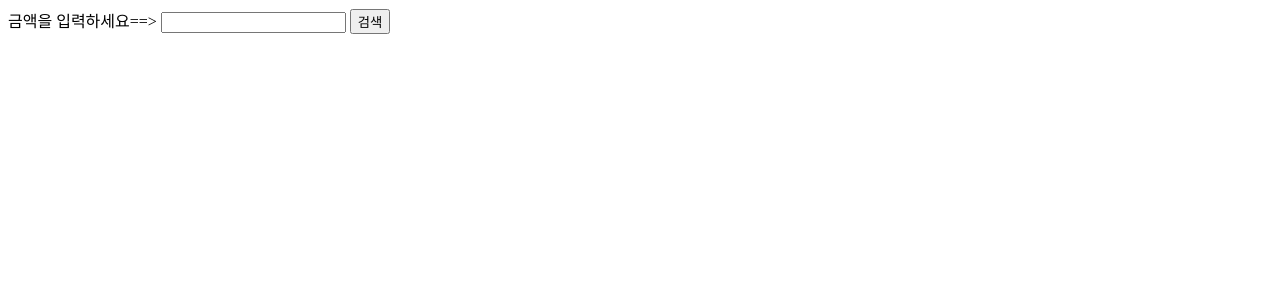
Repository: MegiLove/database_web
Page: http://localhost/day1109/searchBook.jsp
These files come from the project's save history. The page is drawn as it stood at one moment and after the next save; the edit follows.
The browser window is 1280 px wide. The pictures show the whole page.
The page is served by Tomcat 9. Other server files are loaded and not shown.

Above is the page before, as saved 2021-11-09 07:23:18.

### day1109/src/main/webapp/searchBook.jsp
<%@page import="java.util.Vector"%>
<%@page import="com.sist.vo.BookVO"%>
<%@page import="java.util.ArrayList"%>
<%@page import="com.sist.dao.BookDAO"%>
<%@page import="org.apache.catalina.filters.ExpiresFilter.XServletOutputStream"%>
<%@ page language="java" contentType="text/html; charset=EUC-KR"
    pageEncoding="EUC-KR"%>
<!DOCTYPE html>
<html>
<head>
<meta charset="EUC-KR">
<title>Insert title here</title>
</head>
<body>
	<form action="searchBook.jsp" method="post">
	금액을 입력하세요==> <input type="text" name="price">
	<input type="submit" value="검색">
	</form>

	<%
		if(request.getParameter("price")!=null){
		int price= Integer.parseInt(request.getParameter("price"));
		BookDAO dao= new BookDAO();
		ArrayList<BookVO> list= dao.searchBook(price);
		%>
		<table>
			<tr>
			<td>도서번호</td>
			<td>도서명</td>
			<td>출판사명</td>
			<td>가격</td>
			</tr>
			<%
			for(BookVO b:list){
				%>
				<tr>
			<td><%=b.getBookid() %></td>
			<td><%=b.getBookname()%></td>
			<td><%=b.getPublisher()%></td>
			<td><%=b.getPrice() %></td>
			</tr>
				<%
			}

			%>
		</table>

		<%
		}
	%>
</body>
</html>

After the next save:
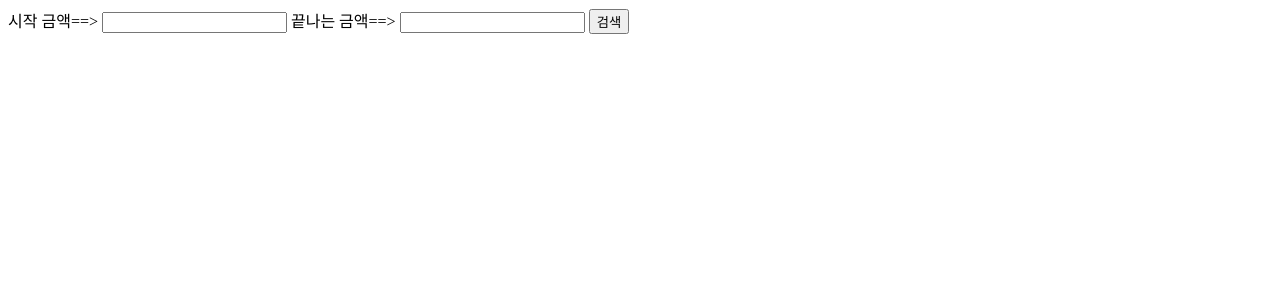
Saved 24 min 2 s later.
--- a/day1109/src/main/webapp/searchBook.jsp
+++ b/day1109/src/main/webapp/searchBook.jsp
@@ -13,7 +13,8 @@
 </head>
 <body>
 	<form action="searchBook.jsp" method="post">
-	금액을 입력하세요==> <input type="text" name="price">
+	시작 금액==> <input type="text" start="price">
+	끝나는 금액==> <input type="text" start="price">
 	<input type="submit" value="검색">
 	</form>
 
